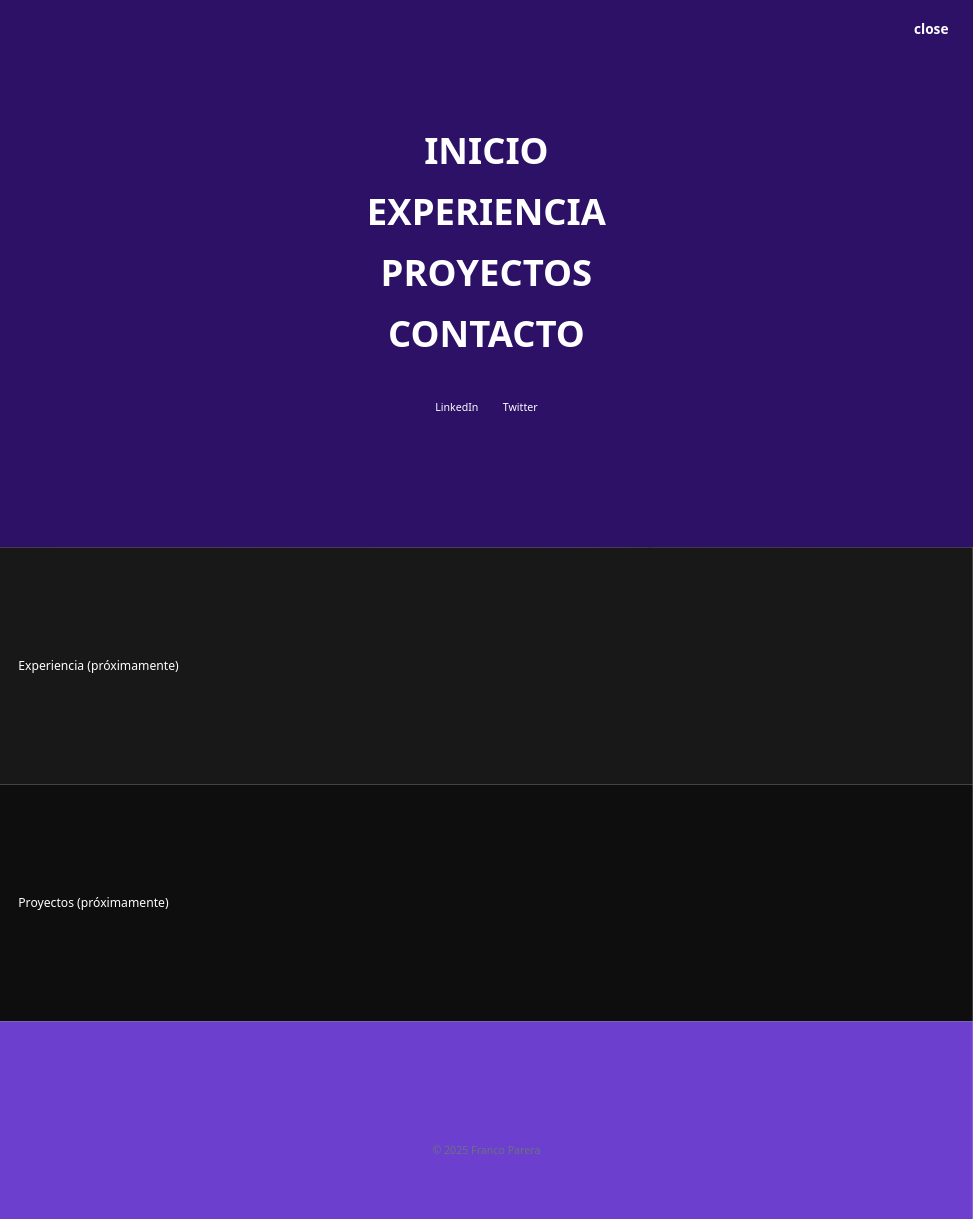
Repository: francoluca35/portfolio-franco-dev
Page: /, after clicking the first element matching `button.space-y-2`
An editor plug-in stored every save of this project. The page is shown before and after the next save, followed by the edit.
The browser window is 1280 px wide. The pictures show the whole page, at 76% of full size.
The project was rebuilt for these pictures with package versions that can differ from the ones it lists, and the page was loaded fresh each time. The framework's server and built-in components were replaced by stand-ins that run in the browser. Also part of the build but not shown: next.config.js.

Above is the page before, as saved 2025-05-06 01:44:44.

After the next save:
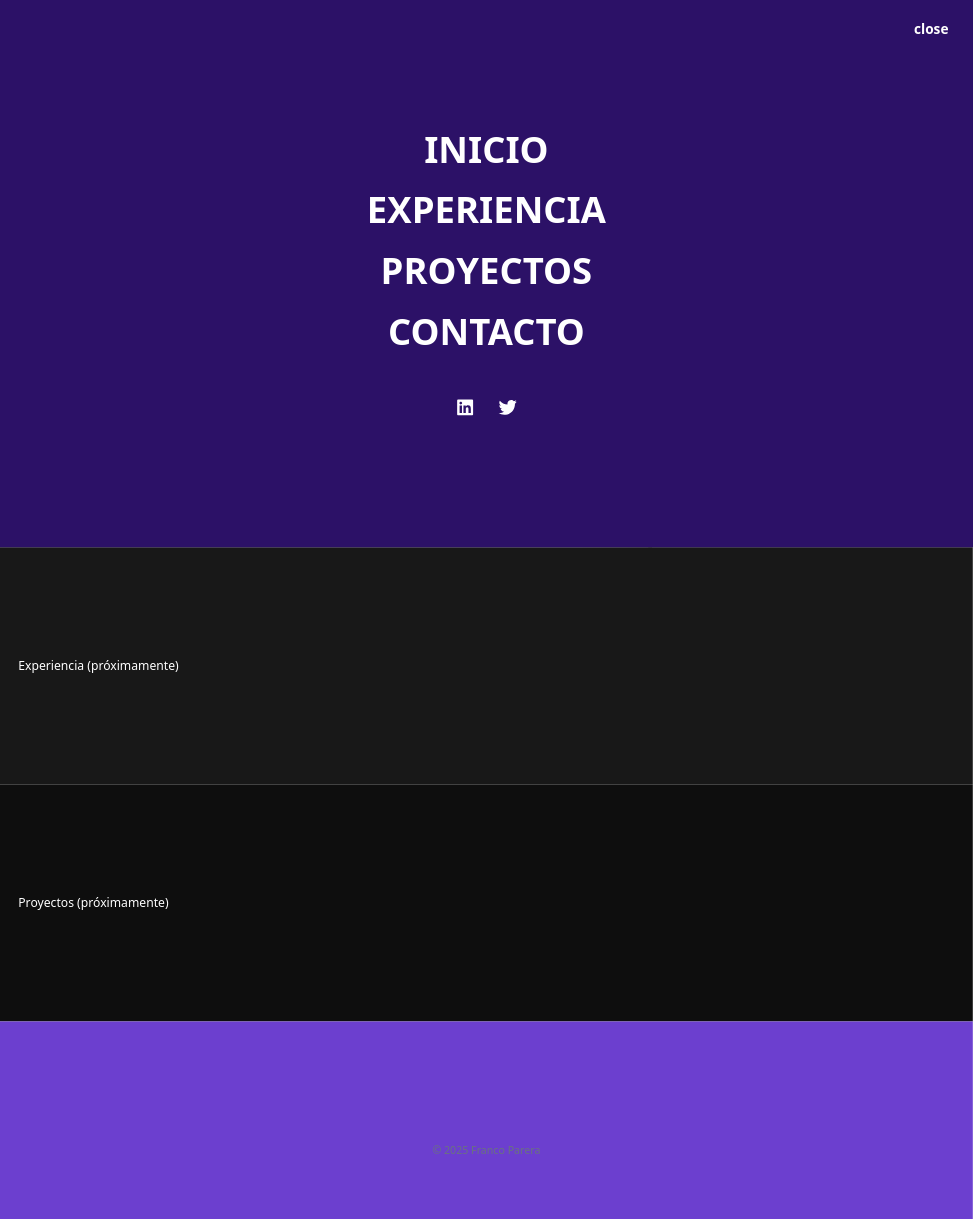
Saved 2 min 8 s later.
--- a/components/Nav.jsx
+++ b/components/Nav.jsx
@@ -3,6 +3,7 @@
 import { useState, useEffect } from "react";
 import Link from "next/link";
 import { motion, AnimatePresence } from "framer-motion";
+import { FaLinkedin, FaTwitter } from "react-icons/fa";
 
 export default function Nav() {
   const [isOpen, setIsOpen] = useState(false);
@@ -71,20 +72,22 @@
               </li>
             </ul>
 
-            <div className="text-sm font-light mt-16 flex gap-8">
+            <div className="text-2xl mt-16 flex gap-8">
               <a
                 href="https://linkedin.com/in/francoparera"
                 target="_blank"
                 rel="noopener noreferrer"
+                className="hover:text-[#0077B5] transition-colors duration-300"
               >
-                LinkedIn
+                <FaLinkedin />
               </a>
               <a
                 href="https://twitter.com"
                 target="_blank"
                 rel="noopener noreferrer"
+                className="hover:text-[#1DA1F2] transition-colors duration-300"
               >
-                Twitter
+                <FaTwitter />
               </a>
             </div>
           </motion.div>
